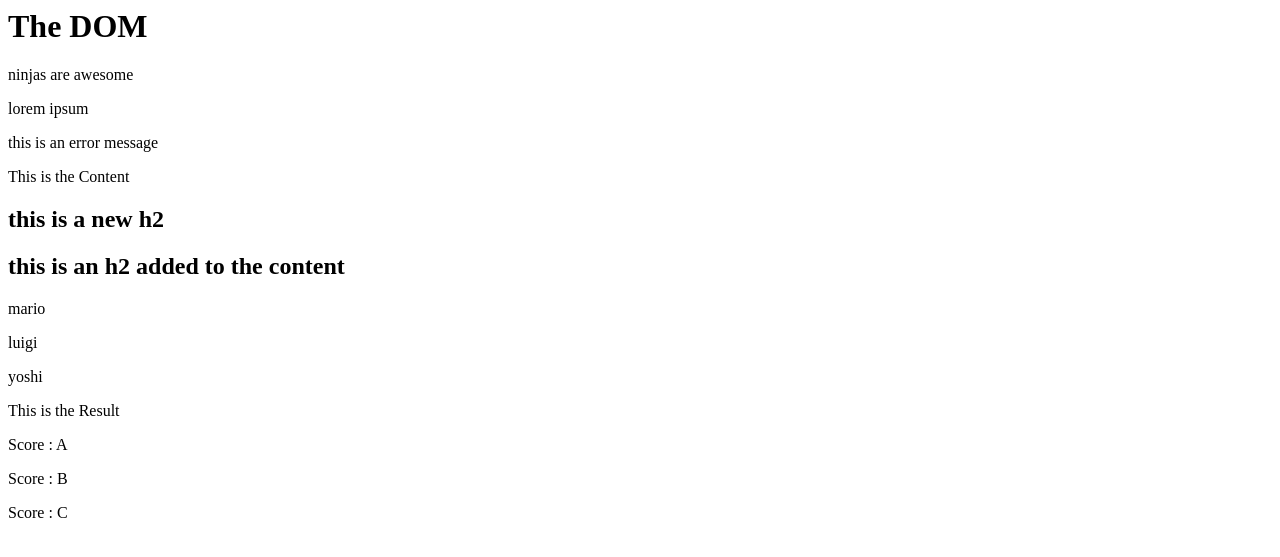
Repository: Rizwanelx/JavaScript
Page: DOM/Adding&Changing_Page_Content/index.html
These files come from the project's save history. The page is drawn as it stood at one moment and after the next save; the edit follows.
The browser window is 1280 px wide. The pictures show the whole page.

Above is the page before, as saved 2019-11-03 17:09:39.

After the next save:
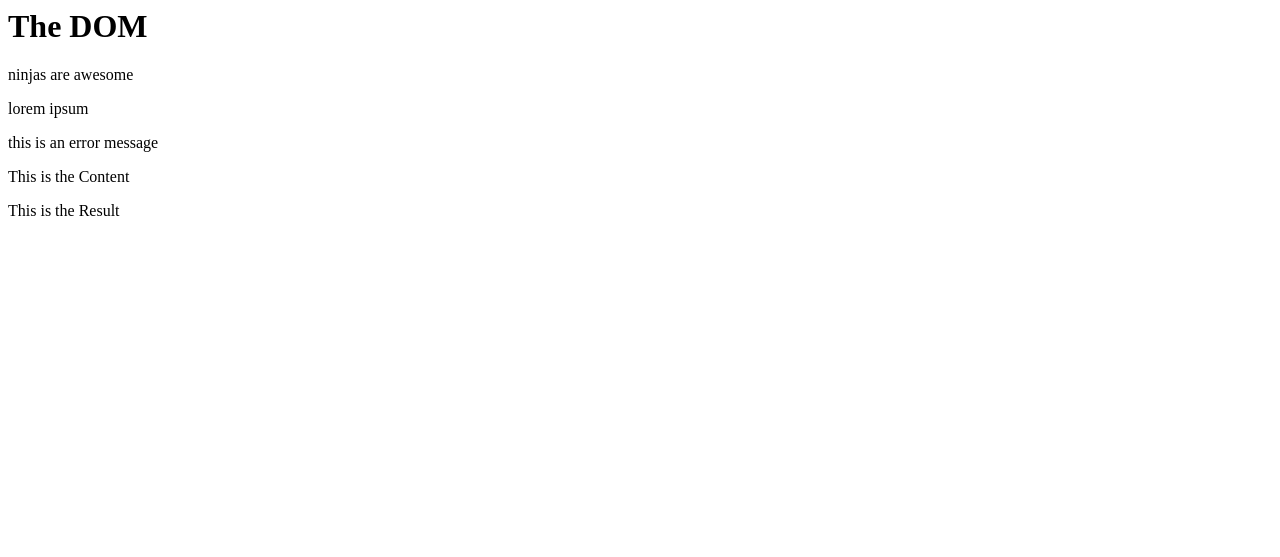
Console error: ReferenceError: paras is not defined
Saved 114 s later.
--- a/DOM/Adding&Changing_Page_Content/sandbox.js
+++ b/DOM/Adding&Changing_Page_Content/sandbox.js
@@ -10,10 +10,9 @@
 
 // const paras = document.querySelectorAll('p');
 // //Sohwing all p element by forEacH Method
-// paras.forEach(p => {
-//     console.log(p.innerText);
-//     p.innerText = 'new text!';
-// });
+paras.forEach(p => {
+    console.log(p.innerText);
+});
 
 const content = document.querySelector('.content');
 // Reading html element

After the save that followed:
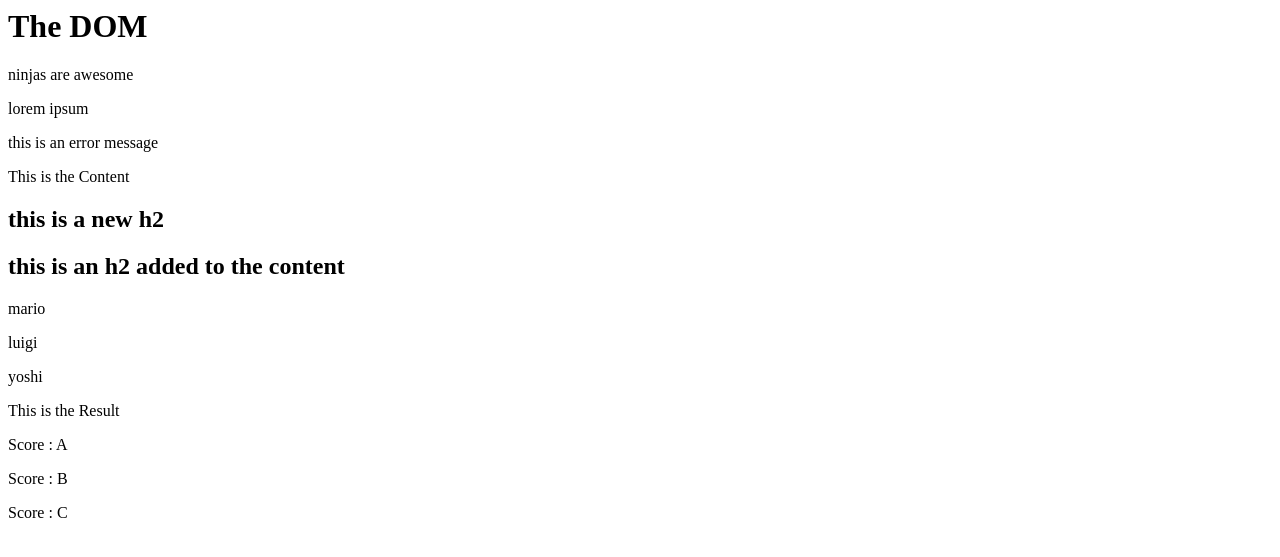
The error is gone.
Saved 12 s later.
--- a/DOM/Adding&Changing_Page_Content/sandbox.js
+++ b/DOM/Adding&Changing_Page_Content/sandbox.js
@@ -8,7 +8,7 @@
 
 //Selecting all p element
 
-// const paras = document.querySelectorAll('p');
+const paras = document.querySelectorAll('p');
 // //Sohwing all p element by forEacH Method
 paras.forEach(p => {
     console.log(p.innerText);
